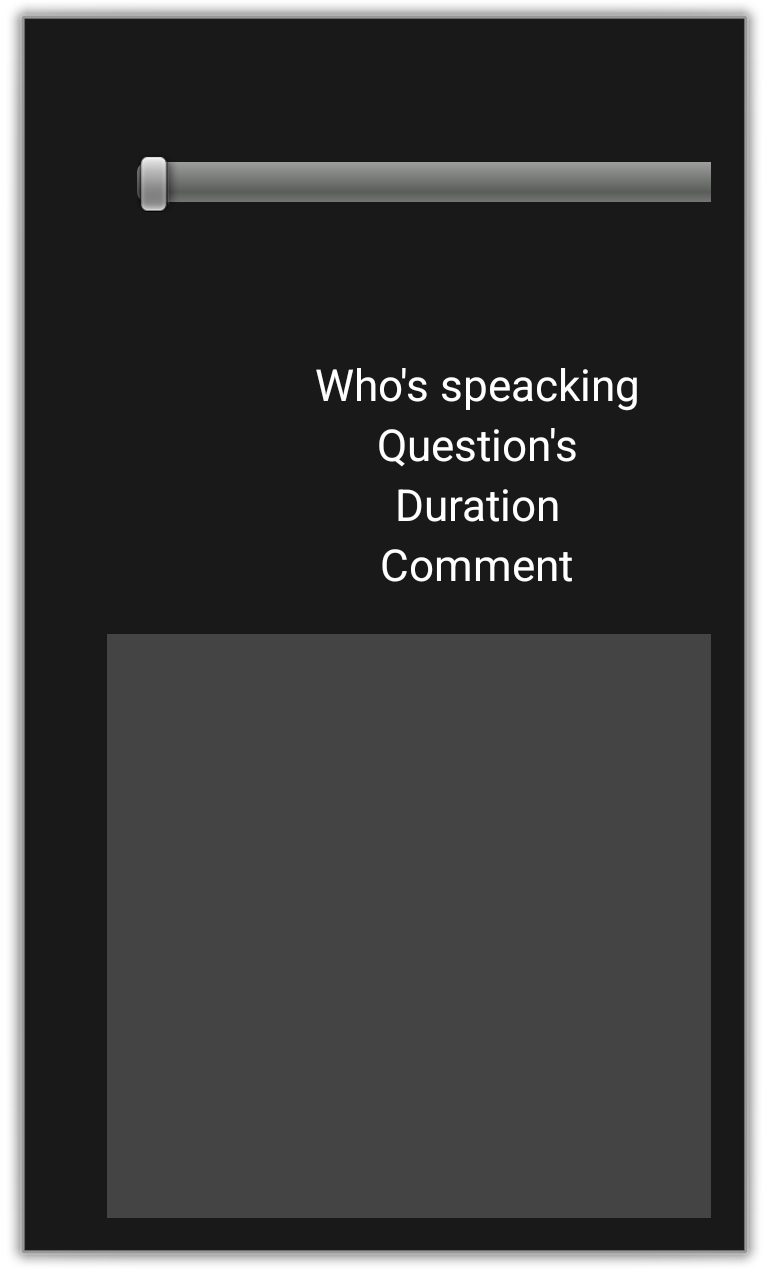
Repository: i-togui/TX
Layout: MM-Project/res/layout/activity_tag.xml
These files come from the project's save history. The layout is drawn as it stood at one moment and after the next save; the edit follows.
It is drawn on a 768 x 1280 px phone screen (xhdpi) without system bars, with theme android:Theme.Dialog; the app's code is not run. Lists and similar views that code fills are empty.

Above is the layout before, as saved 2014-01-03 23:06:42.

After the next save:
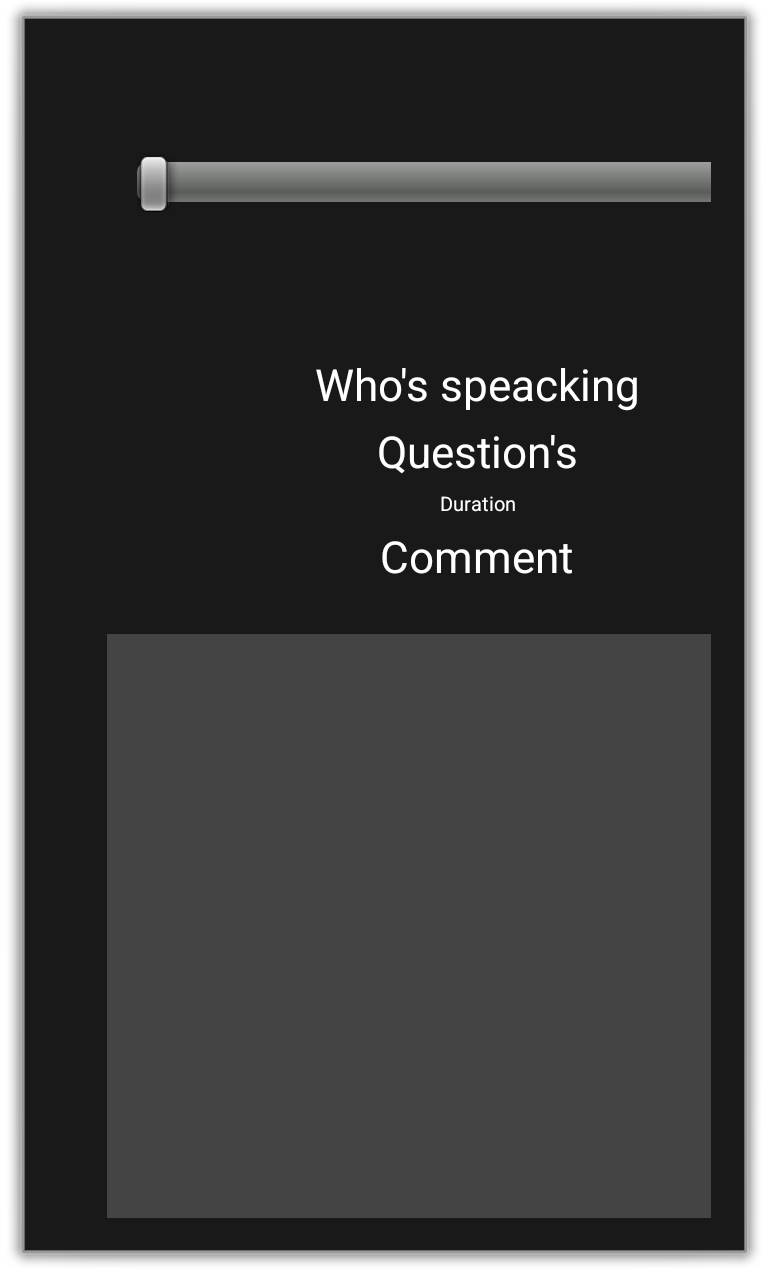
Saved 74 s later.
--- a/MM-Project/res/layout/activity_tag.xml
+++ b/MM-Project/res/layout/activity_tag.xml
@@ -90,6 +90,7 @@
 	            android:gravity="center_horizontal"
 	            android:layout_weight="1.0"
 	            android:text="Duration"
+	            android:textSize="10dp"
 	            android:textAppearance="?android:attr/textAppearanceLarge"/>
 				<TextView
 	            android:id="@+id/textcomment"
